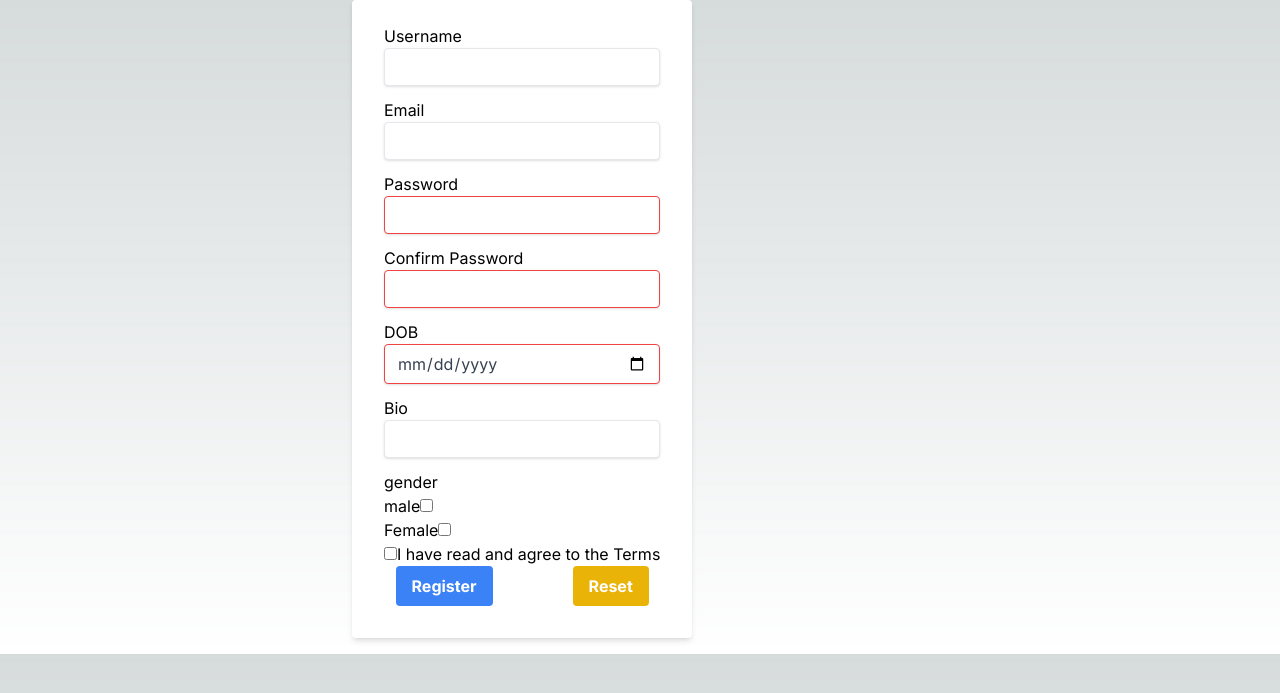
Repository: uh-sman/tiktok-card
Page: /
An editor plug-in stored every save of this project. The page is shown before and after the next save, followed by the edit.
The browser window is 1280 px wide. The pictures show the whole page.
The project was rebuilt for these pictures with package versions that can differ from the ones it lists, and the page was loaded fresh each time. The framework's server and built-in components were replaced by stand-ins that run in the browser. Also part of the build but not shown: next.config.js.

Above is the page before, as saved 2023-12-19 14:21:41.

After the next save:
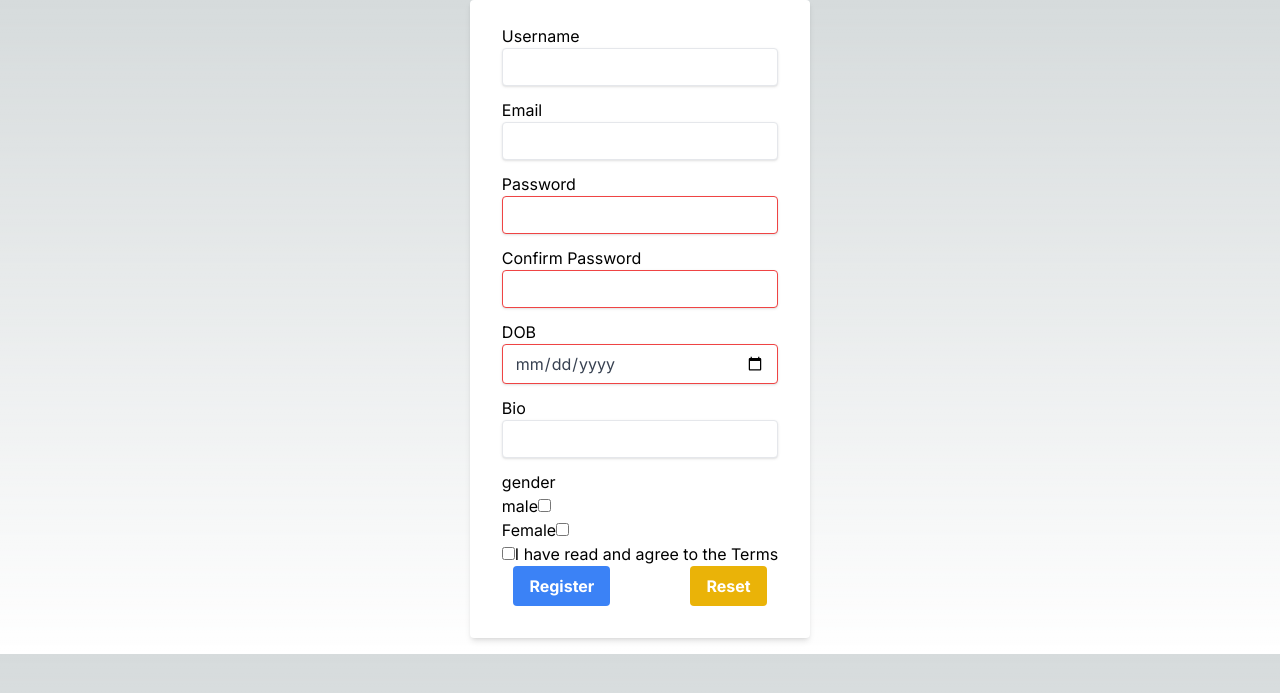
Saved 7 s later.
--- a/app/components/AuthForm.tsx
+++ b/app/components/AuthForm.tsx
@@ -21,7 +21,7 @@
     }
     return (
         <div className="flex justify-center">
-            <div className="flex w-full max-w-xl">
+            <div className="flex items-centerw-full max-w-xl">
         <form className="bg-white shadow-md rounded px-8 pt-6 pb-8 mb-4" onSubmit={handleSubmit(onSubmit)}>
           <div className="flex flex-col">
             <label>Username</label>

After the save that followed:
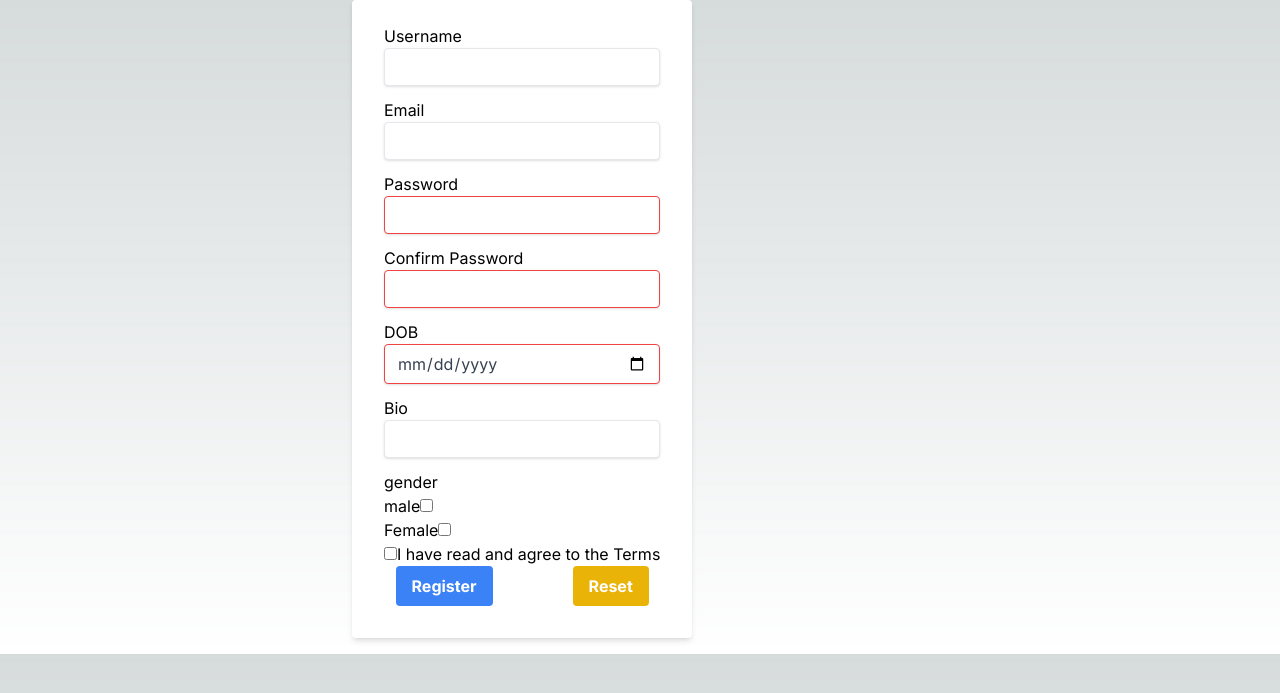
Saved 11 s later.
--- a/app/components/AuthForm.tsx
+++ b/app/components/AuthForm.tsx
@@ -21,7 +21,7 @@
     }
     return (
         <div className="flex justify-center">
-            <div className="flex items-centerw-full max-w-xl">
+            <div className="flex items-center w-full max-w-xl">
         <form className="bg-white shadow-md rounded px-8 pt-6 pb-8 mb-4" onSubmit={handleSubmit(onSubmit)}>
           <div className="flex flex-col">
             <label>Username</label>
